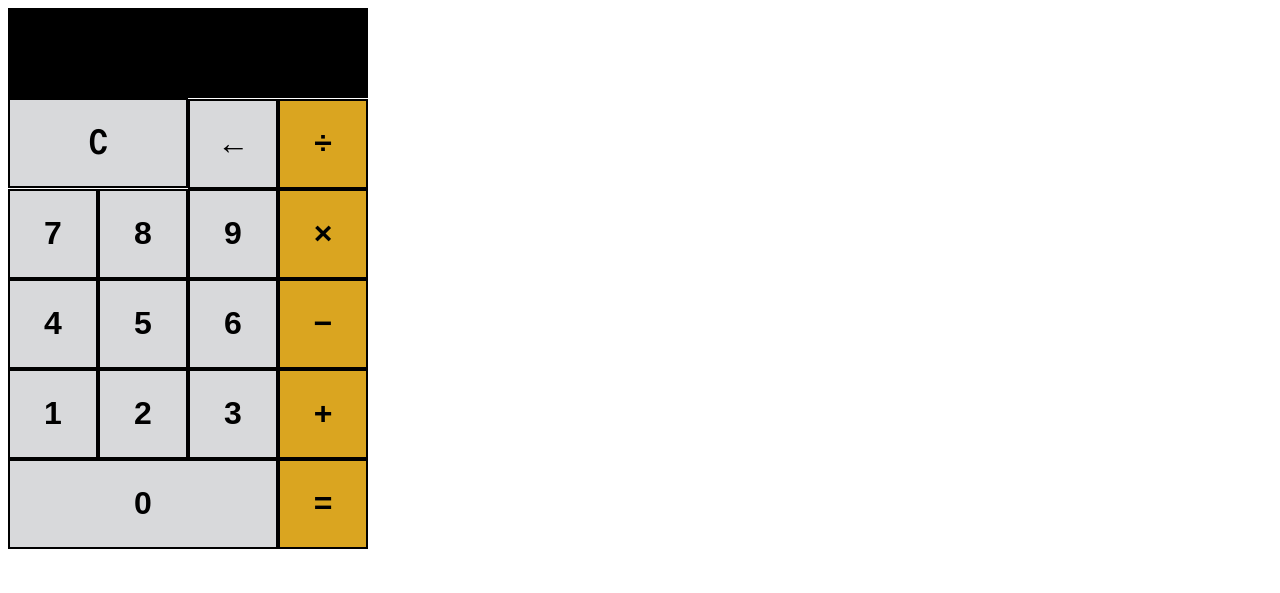
Repository: jontslater/LAB-calculator2
Page: index.html
The author's editor kept a copy of each file at every save. The page is drawn from the files as they stood at one save, then again after the next save.
The browser window is 1280 px wide. The pictures show the whole page.

Above is the page before, as saved 2023-10-14 13:07:20.

After the next save:
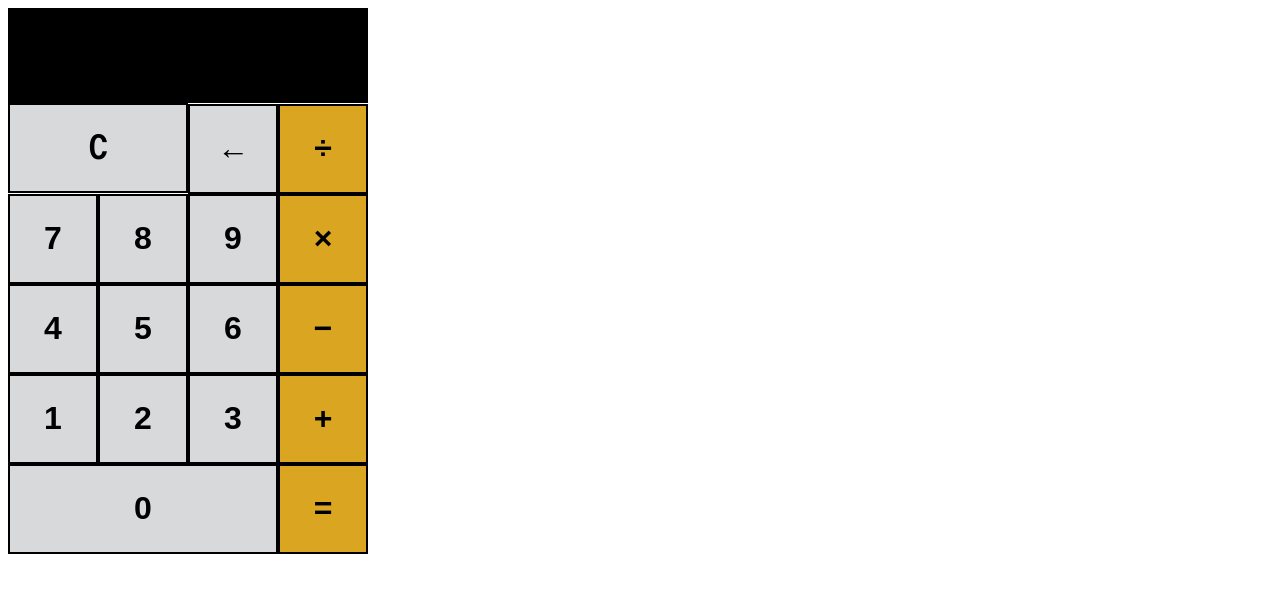
Saved 26 s later.
--- a/main.css
+++ b/main.css
@@ -62,7 +62,7 @@ body{
 
 .box{
   background-color: #000000;
-  height: 90px;
+  height: 95px;
   width: 360px;
   padding-bottom: 0%;
   border: 5px;
